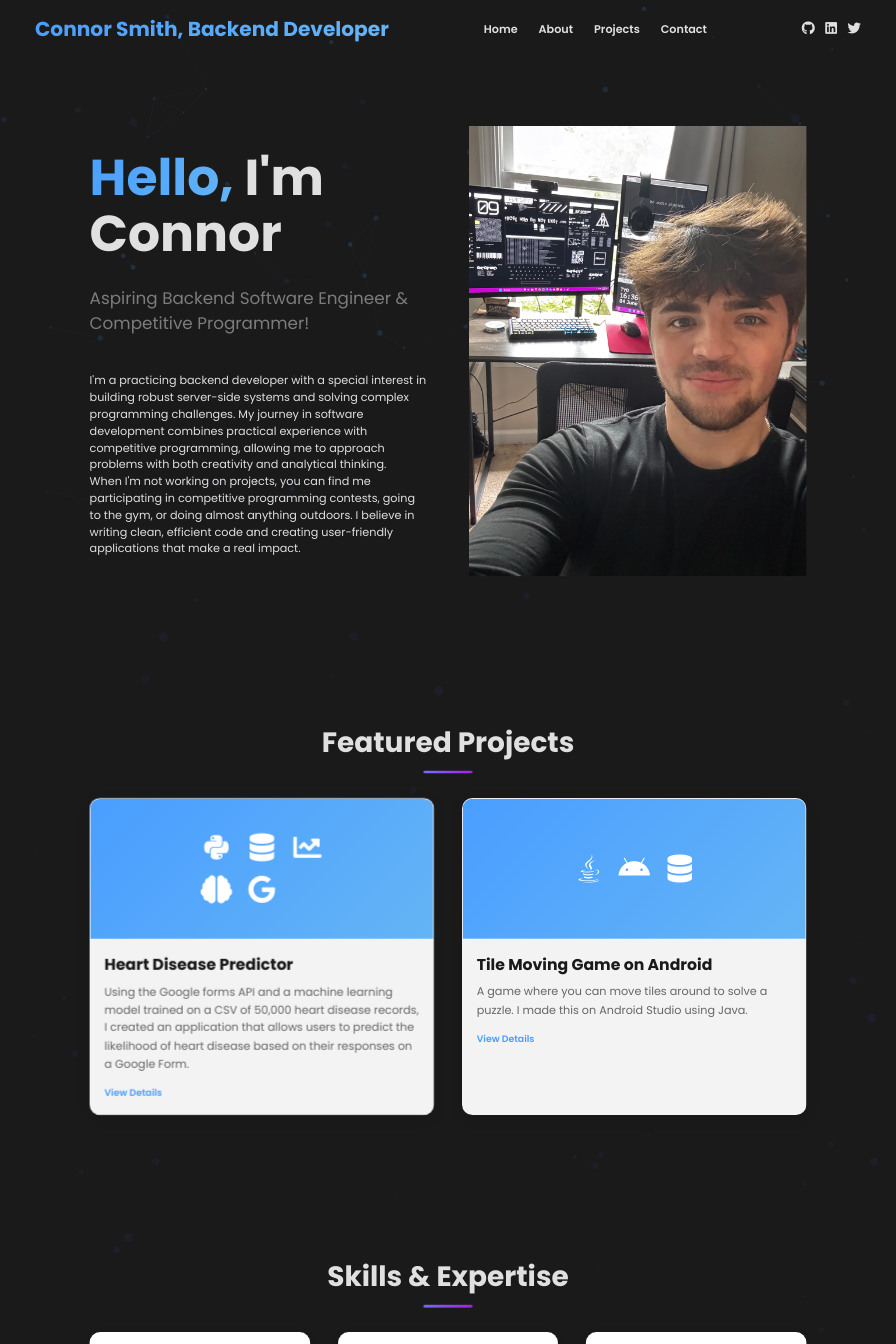
Repository: connorGS9/portfolio-website
Page: /
An editor plug-in stored every save of this project. The page is shown before and after the next save, followed by the edit.
The browser window is 1280 px wide. The pictures show the part of the page from y = 0 to 1920 px (the page is 3460 px tall), at 70% of full size.
The project was rebuilt for these pictures with package versions that can differ from the ones it lists, and the page was loaded fresh each time.

Above is the page before, as saved 2025-06-04 22:53:02.

After the next save:
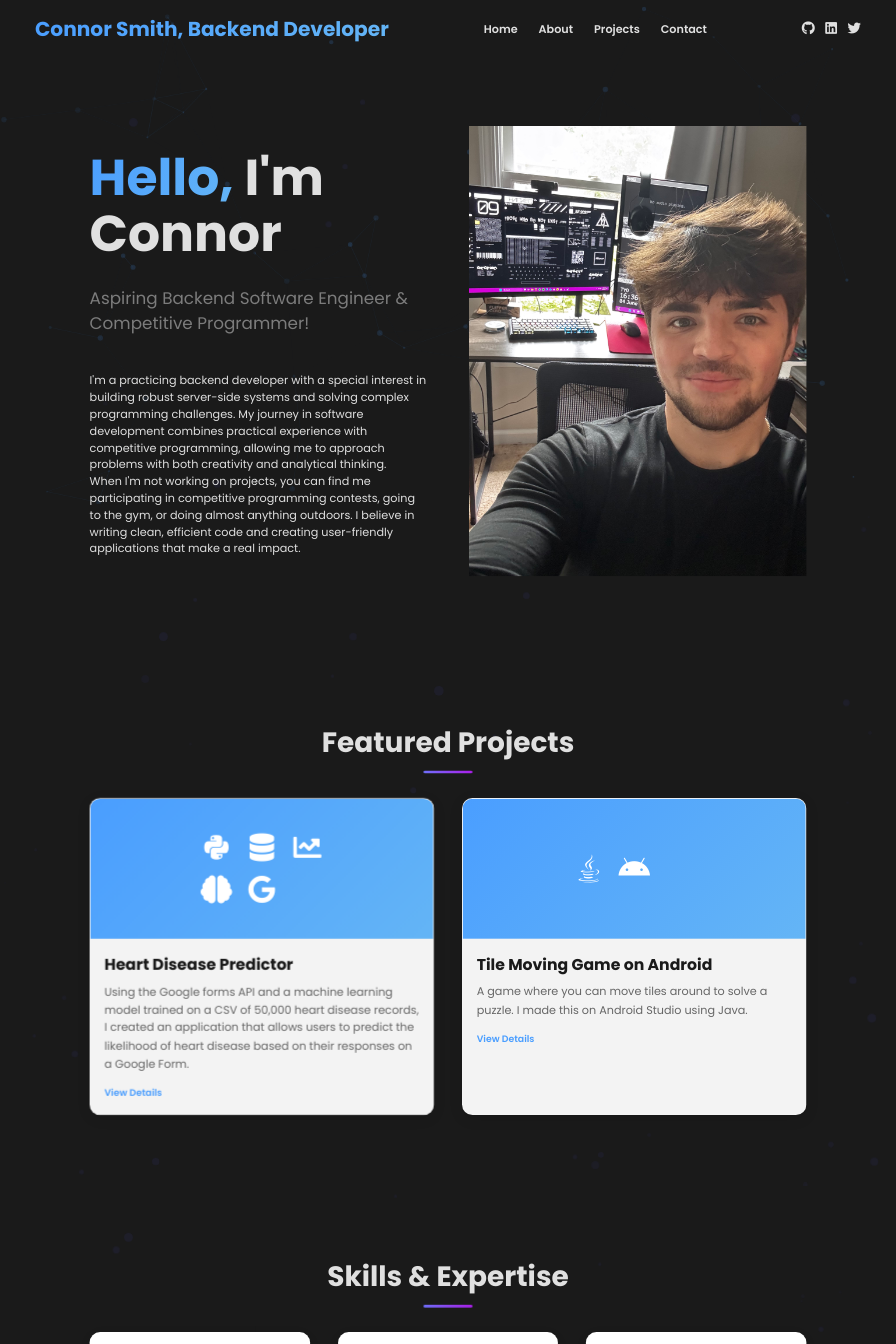
Saved 2 min 55 s later.
--- a/src/pages/Home.jsx
+++ b/src/pages/Home.jsx
@@ -136,7 +136,7 @@ const Home = () => {
               <div className="tech-icons">
                 <i className="fab fa-java" title="Java"></i>
                 <i className="fab fa-android" title="Android Studio"></i>
-                <i className="fas fa-database" title="MongoDB"></i>
+                <i className="fas fa-file-xml" title="XML"></i>
               </div>
             </div>
             <h3>Tile Moving Game on Android</h3>
